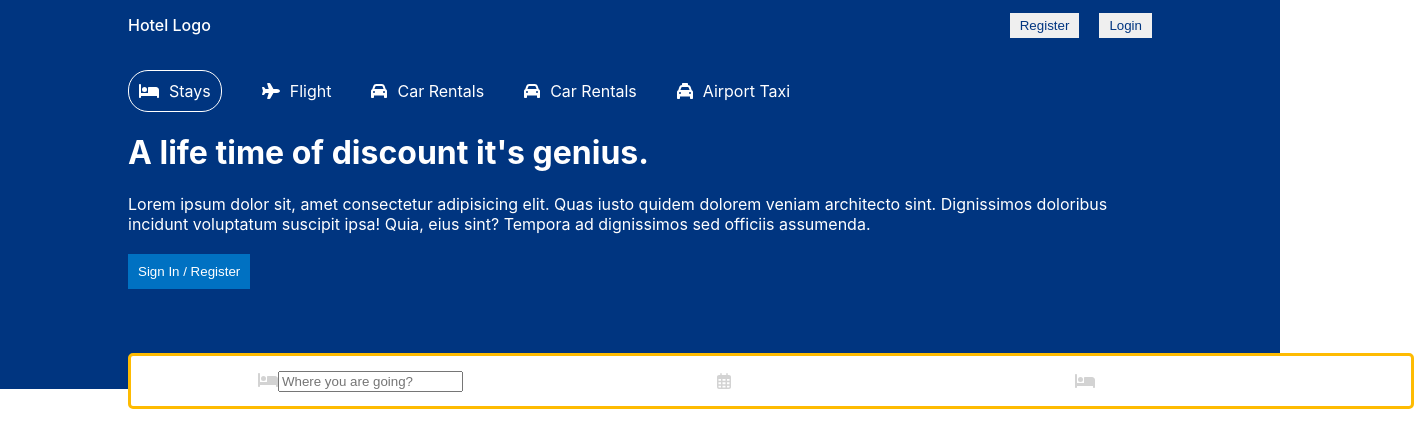
Repository: shikubro90/Booking-App
Page: /
These files come from the project's save history. The page is drawn as it stood at one moment and after a run of saves; the edit follows.
The browser window is 1280 px wide. The page is 1414 px wide, then 1280 px, so the pictures cover 1414 px, including what lies to the right of the window. The pictures show the whole page.
The project was rebuilt for these pictures with package versions that can differ from the ones it lists, and the page was loaded fresh each time. Also part of the build but not shown: src/App.css, src/pages/Hotels/Hotels.jsx. Imported but missing from the stored project, and not drawn on this page: src/pages/List/List.

Above is the page before, as saved 2022-06-29 00:31:00.

After the next 7 saves:
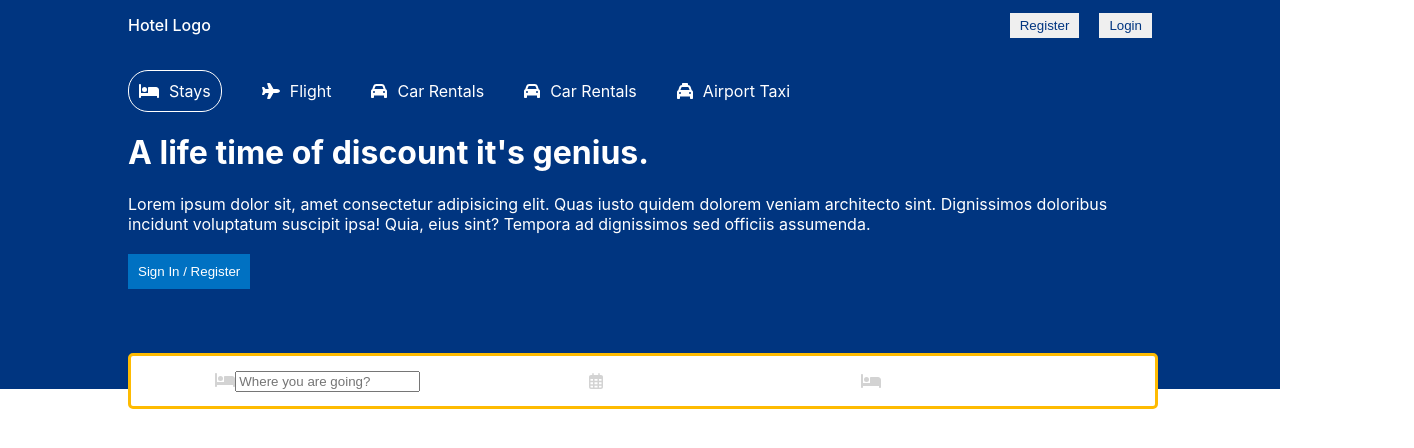
The 7 saves are shown as one change because they came seconds apart.
The last was saved 19 s later.
--- a/src/components/Header/Header.css
+++ b/src/components/Header/Header.css
@@ -53,6 +53,7 @@
     position: absolute;
     bottom: -20px;
     width: 100%;
+    max-width: 1024px;
 }
 
 .headerIcon{
